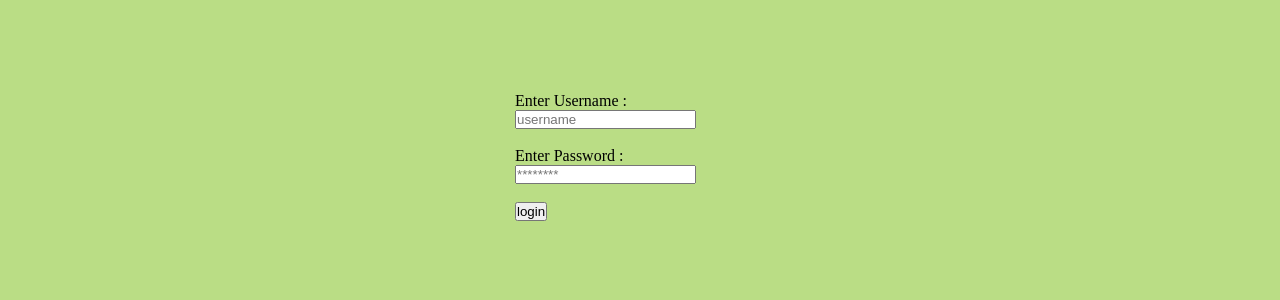
Repository: SriMerla/ServletsAndJsps
Page: http://localhost/WebApplicationProject/roles.jsp
These files come from the project's save history. The page is drawn as it stood at one moment and after the next save; the edit follows.
The browser window is 1280 px wide. The pictures show the whole page.
The page is served by Tomcat 9.

Above is the page before, as saved 2020-01-30 03:32:56.

After the next save:
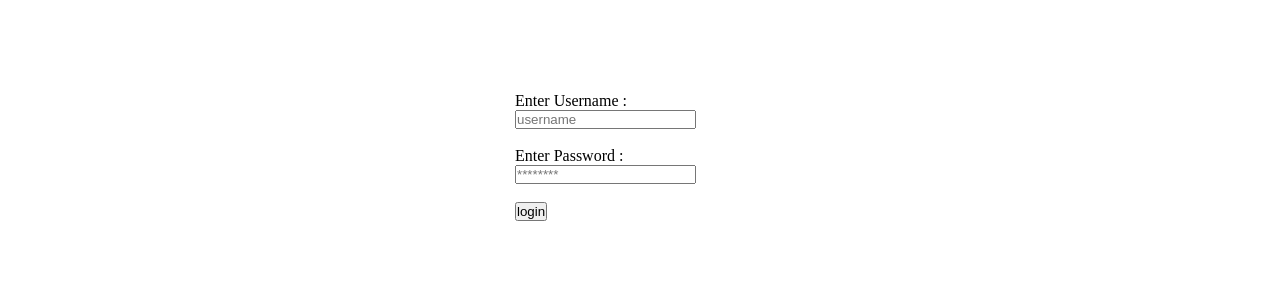
Saved 2 min 19 s later.
--- a/Servlets/WebApplicationProject/WebContent/global.css
+++ b/Servlets/WebApplicationProject/WebContent/global.css
@@ -4,7 +4,7 @@
 	padding:0;
 }
 body{
-	background-color: #badd85;
+	background-color: white;
 	padding-top: 10vh;
 }
 
